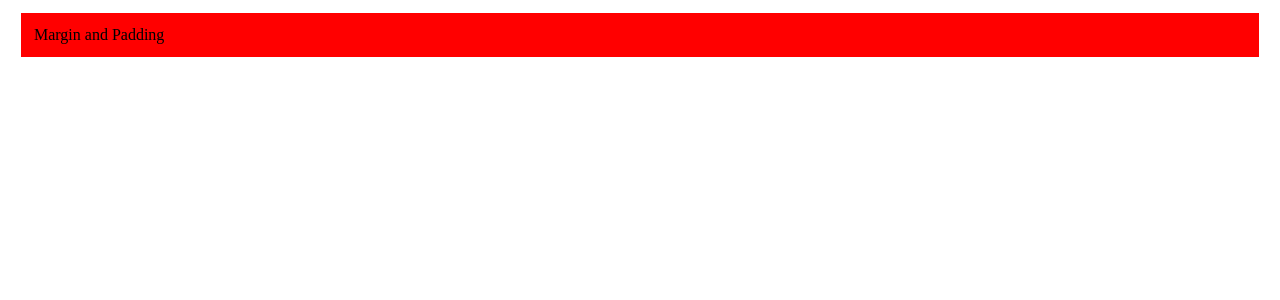
Repository: ntu34543/cut-landing-page-Figma
Page: home.html
The author's editor kept a copy of each file at every save. The page is drawn from the files as they stood at one save, then again after the next save.
The browser window is 1280 px wide. The pictures show the whole page.

Above is the page before, as saved 2022-09-12 22:22:39.

### home.html
<!DOCTYPE html>
<html lang="en">

<head>
    <meta charset="UTF-8">
    <meta http-equiv="X-UA-Compatible" content="IE=edge">
    <meta name="viewport" content="width=device-width, initial-scale=1.0">
    <title>Document</title>
    <script type="module"
        src="https://unpkg.com/ionicons@5.5.2/dist/ionicons/ionicons.esm.js"></script>
    <script nomodule src="https://unpkg.com/ionicons@5.5.2/dist/ionicons/ionicons.js"></script>
    <style>
        .div1 {
            background-color: red;
            width: 200px;
            height: 200px;
            /* display: flex;
            align-items: center; */
        }

        .div2 {
            background-color: yellow;
            width: 100px;
            height: 100px;
            /* display: flex;
            align-items: center; */
        }

        .div3 {
            background-color: blue;
            width: 100px;
            height: 100px;
        }

        .div4 {
            background-color: pink;
            width: 50px;
            height: 50px;
            display: flex;
            align-items: center;
        }

        .div5 {
            background-color: black;
            width: 50px;
            height: 50px;
        }

        .div6 {
            background-color: red;
            width: 30px;
            height: 30px;
            display: flex;
            justify-content: center;
            align-items: center;
        }

        .div7 {
            background-color: black;
            width: 30px;
            height: 30px;
        }

        .div8 {
            background-color: white;
            width: 10px;
            height: 10px;
        }

        .div9 {
            background-color: purple;
            width: 10px;
            height: 10px;
        }

        .p {
            /* margin: 113px; */
            box-sizing: border-box;
            padding: 53px;
            background-color: red;
            width: 150px;
            height: 150px;
            border: 5px solid black;
        }

        /* Form focus */
        .form-input {
            padding: 0 20px;
            border: 1px solid #eee;
            border-radius: 4px;
            width: 100%;
            height: 50px;
            transition: 0.25s ease;
        }

        .form-input:focus {
            border-color: #6a5af9;
        }

        .form-field {
            top: 50px;
            position: relative;
        }

        .form-label {
            position: absolute;
            top: 50%;
            transform: translateY(-50%);
            left: 21px;
            user-select: none;
            color: #999;
            pointer-events: none;
            transition: 0.25s ease;
        }

        .form-input:not(:placeholder-shown)+.form-label,
        .form-input:focus+.form-label {
            top: 0;
            pad: 0 10px;
            display: inline-block;
            background-color: white;
            color: #6a5af9;
        }

        /* menu */
        .menu {
            margin-top: 80px;
            background-color: #18273b;
            padding: 50px 0 50px 15px;
            border-radius: 16px;
            width: 200px;
        }

        .menu-item {
            padding: 15px;
            border-radius: 12px 0 0 12px;
            display: block;
            color: white;
            font-size: 16px;
            cursor: pointer;
            position: relative;
            margin-bottom: 10px;
        }

        .menu-item.active::before {
            content: "";
            width: 20px;
            height: 20px;
            background-color: #18273b;
            position: absolute;
            top: 0;
            right: 0;
            border-radius: 50%;
            transform: translateY(-100%);
            box-shadow: 10px 10px 0 0 white;
        }

        .menu-item.active::after {
            content: "";
            width: 20px;
            height: 20px;
            background-color: #18273b;
            position: absolute;
            bottom: 0;
            right: 0;
            border-radius: 50%;
            transform: translateY(100%);
            box-shadow: 10px -10px 0 0 white;
        }

        .menu-item.active {
            background-color: #fff;
            color: #624FFC;
        }

        .menu-item span {
            display: inline-block;
            margin-left: 10px;
        }

        .des{
            padding: 13px;
            margin: 13px;
            background-color: red;
        }
    </style>
</head>

<body>
    <p class="des">Margin and Padding</p>
    <!-- <div class="form-field">
        <input type="text" class="form-input" placeholder=" ">
        <label for="name" class="form-label">Name</label>
    </div> -->
    <!-- <ul class="menu">
        <li class="menu-item active">
            <ion-icon name="home-outline"></ion-icon>
            <span class="menu-text">Dashboard</span>
        </li>
        <li class="menu-item">
            <ion-icon name="bar-chart-outline"></ion-icon>
            <span class="menu-text">Report</span>
        </li>
        <li class="menu-item">
            <ion-icon name="people-outline"></ion-icon>
            <span class="menu-text">User</span>
        </li>
    </ul> -->
    <!-- <p class="p"></p> -->
    <!-- <div class="div1">
        <div class="div2">
            <div class="div4">
            </div>
            <div class="div5"></div>
        </div>
        <div class="div3"></div>
    </div> -->
    <!-- <div class="header-container">
        <img srcset="./images/logo.png 2x" alt="">
        <ul class="menu">
            <li class="menu-item">
                <a href="#" class="menu-link">About</a>
            </li>
            <li class="menu-item">
                <a href="#" class="menu-link">Features</a>
            </li>
            <li class="menu-item">
                <a href="#" class="menu-link">Pricing</a>
            </li>
            <li class="menu-item">
                <a href="#" class="menu-link">Testimonials</a>
            </li>
            <li class="menu-item">
                <a href="#" class="menu-link">Help</a>
            </li>
        </ul>
        <div class="header-auth">
            <a href="#" class="header-signin">Sign In</a>
            <a href="#" class="button button--outline" style="padding: 13px 44px;">Sign Up</a>
        </div>
    </div> -->
    <script>
        const menuItems = document.querySelectorAll(".menu-item");
        menuItems.forEach(item => item.addEventListener("click", function (event) {
            menuItems.forEach(el => el.classList.remove("active"));
            event.target.classList.add("active");
        }));
    </script>
</body>

</html>

After the next save:
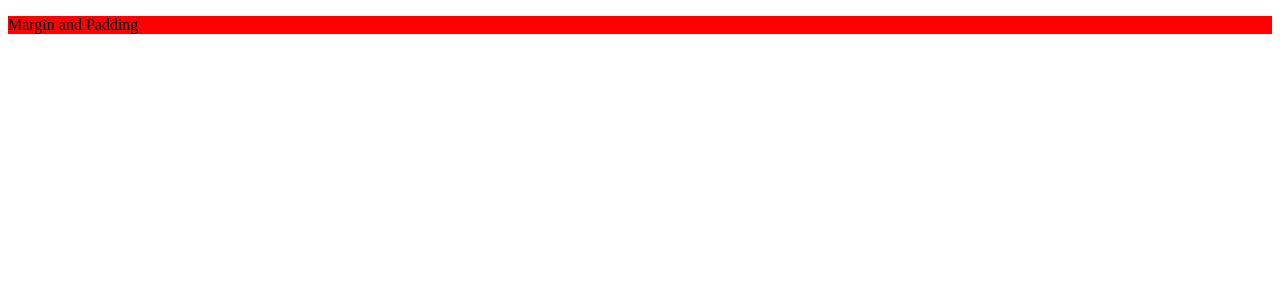
Saved 2 min 54 s later.
--- a/home.html
+++ b/home.html
@@ -179,8 +179,8 @@
         }
 
         .des{
-            padding: 13px;
-            margin: 13px;
+            /* padding: 13px;
+            margin: 13px; */
             background-color: red;
         }
     </style>
